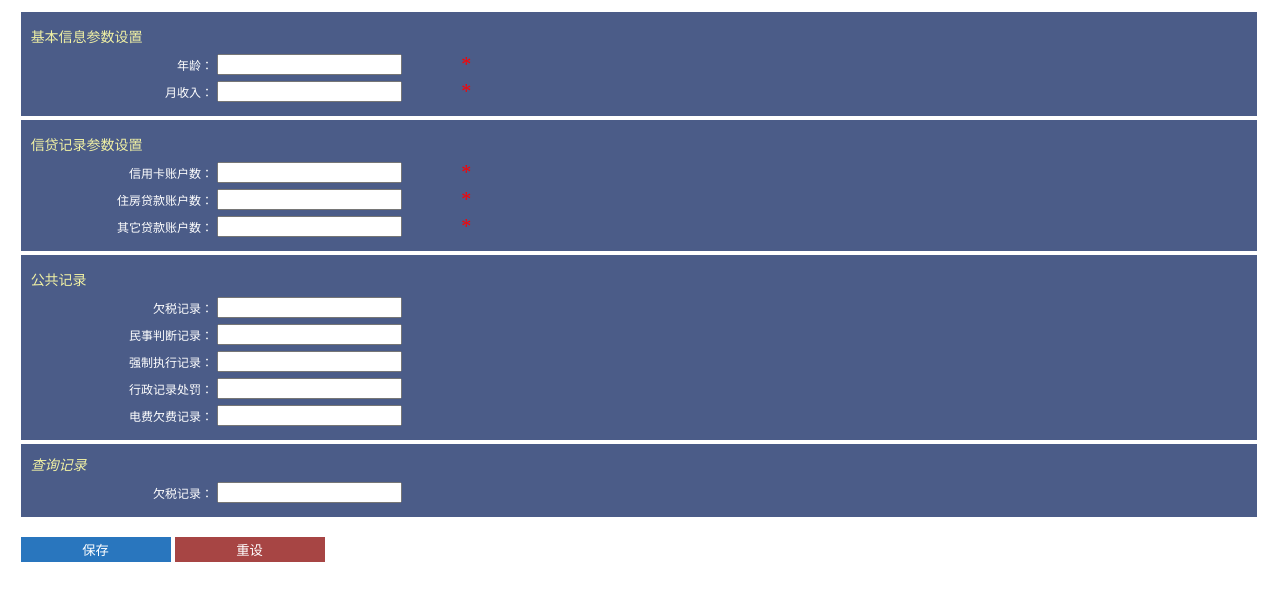
Repository: trieyouth/BigData
Page: http://localhost/BigData/WEB-INF/views/client-credit-analyse-system/data-collect/dataInput.jsp
An editor plug-in stored every save of this project. The page is shown before and after the next save, followed by the edit.
The browser window is 1280 px wide. The pictures show the whole page.
The page is served by Tomcat 9. Nobody is signed in. The template is opened directly, without the code that normally fills it, so the values that code supplies are empty.

Above is the page before, as saved 2016-03-06 17:18:17.

After the next save:
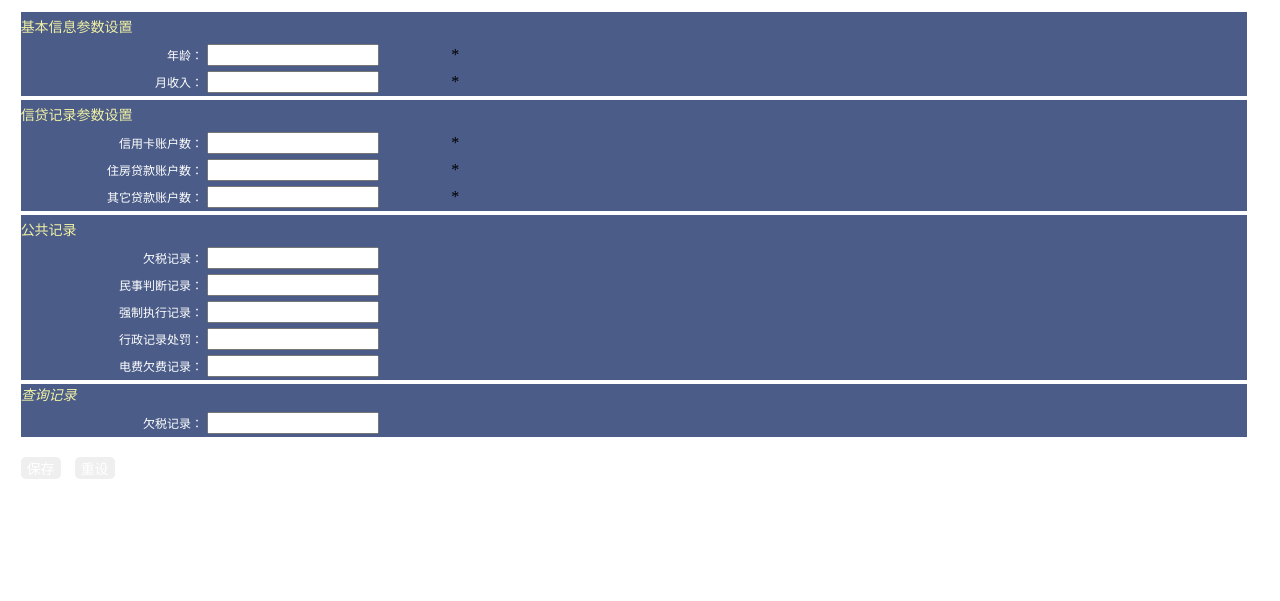
Saved 14 h 27 min later.
--- a/BigData/WebRoot/WEB-INF/resources/css/mycss.css
+++ b/BigData/WebRoot/WEB-INF/resources/css/mycss.css
@@ -1,6 +1,9 @@
 @charset "utf-8";
 /* CSS Document */
-
+*{
+	font-family:"黑体"}
+input{
+	color:#FFF;}
 #continaer{
 	margin: 0px auto;
 	width:80%;
@@ -121,11 +124,7 @@
 	margin-left:1%;
 	background-color: #4B5C88;
 	border:0;
-	padding-top: 10px;
-	padding-bottom: 10px;
-	padding-left: 10px;
-}
-
+}
 #lighttable {
 	width: 96%;
 
@@ -152,51 +151,55 @@
 	font-size: 12px;
 	font-family: Microsoft YaHei;
 }
-
-the style of input(text)
-#inputwidth {
-	width: 150px;
-	height: 24px;
+.inputwidth {
+	width: 100px;
+	height: 16px;
 	background: Transparent;
 	border: 1px solid #788587;
+ //border:#000;
+ //font-size:14px;
 }
 .cell{
 	border-right:#7785A8 solid 1px;
 	}
-
-/* the style of * */
-#labelbody1 {
-	color: red;
-	font-size: 20px;
-	font-family: Microsoft YaHei;
-}
-
-/* the style of button */
-#button1style{
-	width:150px ;
-	height:25px;
-	background:#2976BE;
-	border:0;
+button{
+	margin-right:10px;
+	border:0px;
+	font-size:14px;
 	color:#FFF;
-	font-family: Microsoft YaHei;
-}
-
-/* the style of button */
-#button2style{
-    width: 150px;
-	height: 25px;
-	background: #A74544;
-	border: 0;
-	color: #FFF;
-	font-family: Microsoft YaHei;
-}
-
-/* the style of button */
-#button3style{
-    width:150px ;
-    height:25px;
-    background:#4F8553;
-    border:0;
-    color:#FFF;
-    font-family: Microsoft YaHei;
-}
+	border-radius:5px;
+	-moz-border-radius:5px;
+	-webkit-box-orient:5px;
+	cursor:pointer;}
+.createdata{
+	width:15%;
+	height:40px;
+	display:block;
+	float:left;
+	text-align:center;
+	background-color:#033;
+	}
+.restartsetpar{
+	width:15%;
+	height:40px;
+	display:block;
+	float:left;
+	text-align:center;
+	background-color:#063;
+	}
+.saveastemplet{
+	width:15%;
+	height:40px;
+	display:block;
+	float:left;
+	text-align:center;
+	background-color:#0C3;
+	}
+.setcreatepar{
+	width:15%;
+	height:40px;
+	display:block;
+	float:left;
+	text-align:center;
+	background-color:#0F3;
+	}
